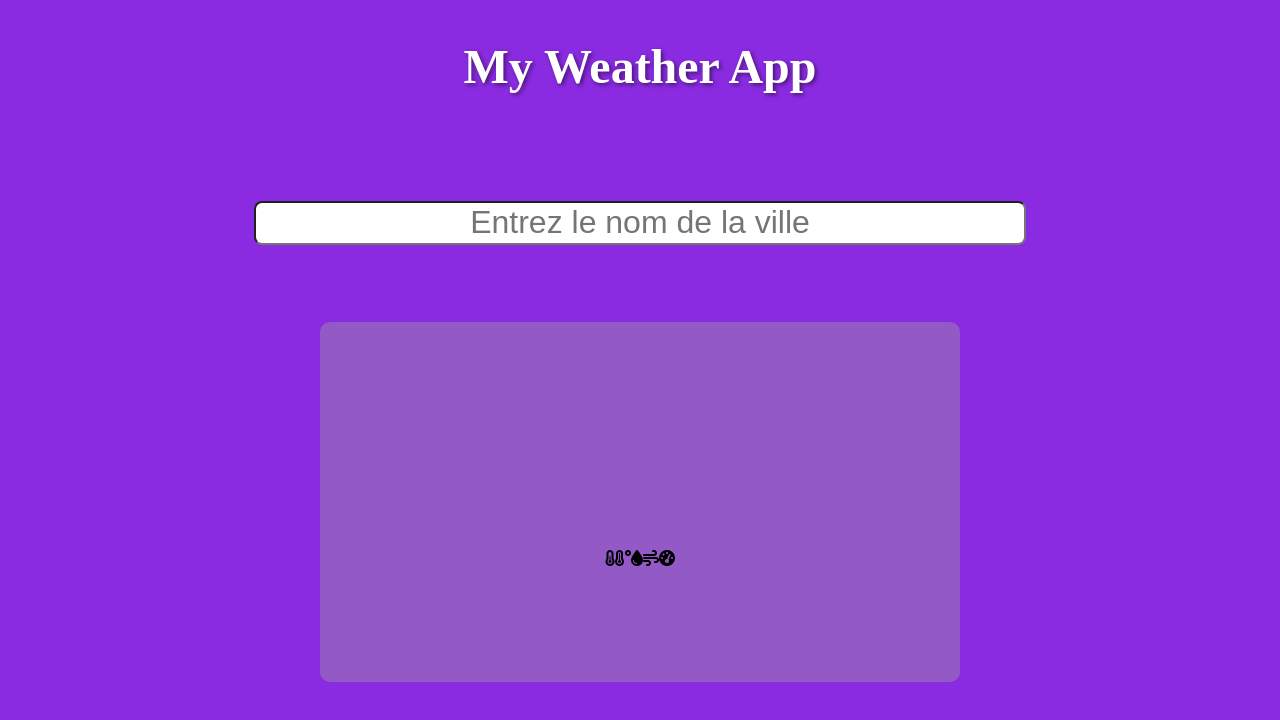
Repository: JeffnyAugustin/MyWeatherApp
Page: index.html
These files come from the project's save history. The page is drawn as it stood at one moment and after a run of saves; the edit follows.
The browser window is 1280 px wide. The pictures show the whole page.

Above is the page before, as saved 2023-11-14 18:16:30.

After the next 2 saves:
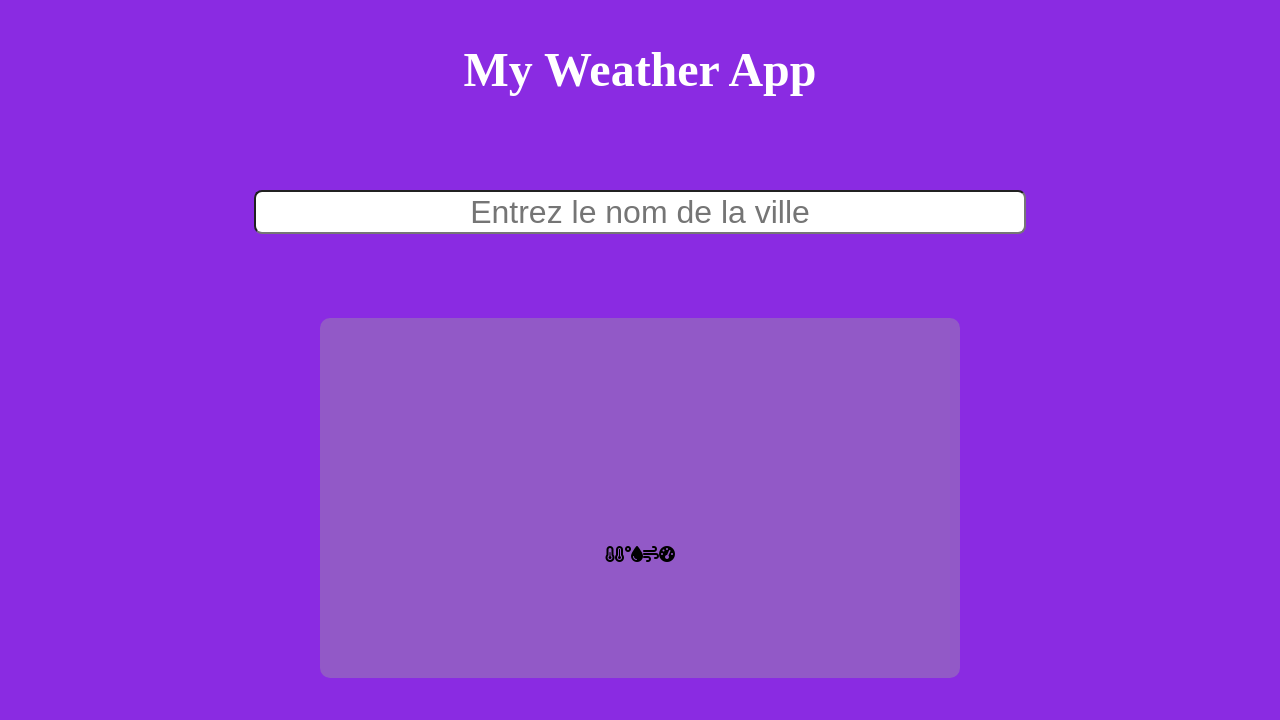
The 2 saves are shown as one change because they came seconds apart.
The last was saved 22 s later.
--- a/css/style.css
+++ b/css/style.css
@@ -67,8 +67,5 @@ h1 {
     font-size: 3em; /* Adjust the font size as needed */
     text-align: center;
     color: #ffffff; /* Set your desired text color */
-    text-transform: capitalize;
-    margin-bottom: 20px;
-    text-shadow: 2px 2px 4px rgba(0, 0, 0, 0.5); /* Add a subtle text shadow for a 3D effect */
 
 }
